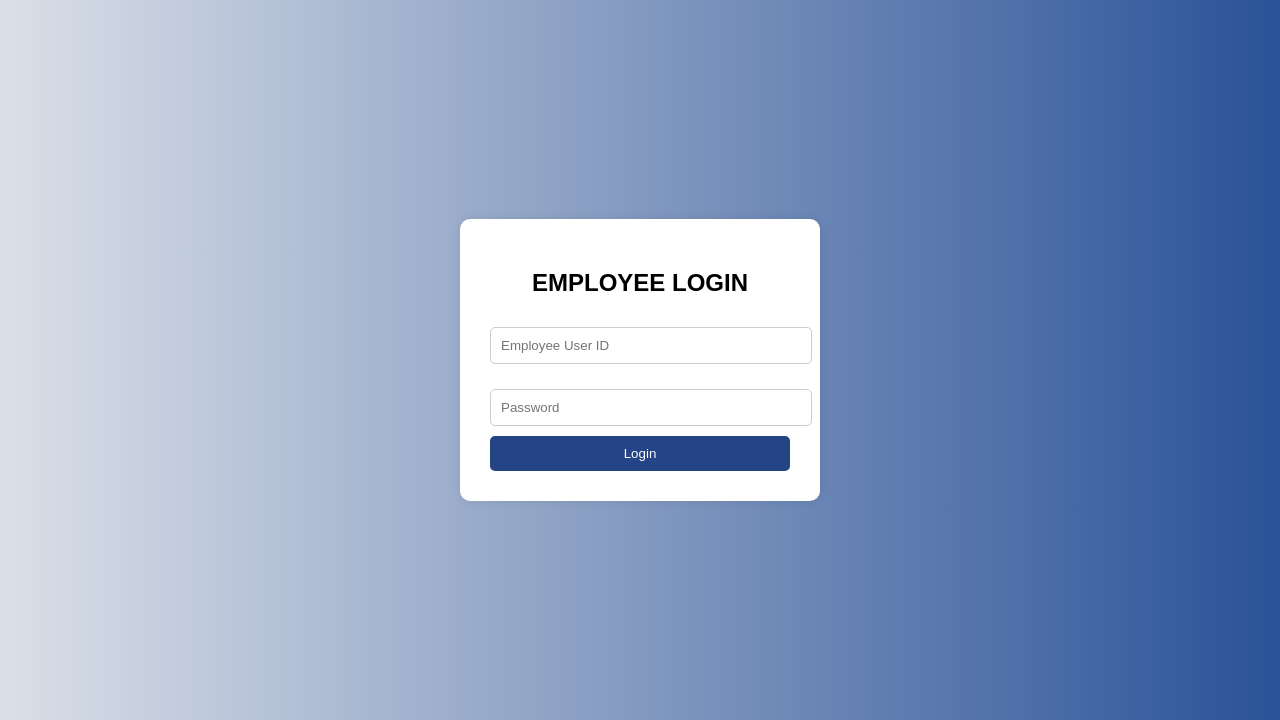
Repository: siva-shankar-2004/EmployeeManagementSystem
Page: src/main/resources/static/login.html
An editor plug-in stored every save of this project. The page is shown before and after the next save, followed by the edit.
The browser window is 1280 px wide. The pictures show the whole page.

Above is the page before, as saved 2025-04-04 21:52:43.

### src/main/resources/static/login.html
<!DOCTYPE html>
<html lang="en">
<head>
  <meta charset="UTF-8" />
  <meta name="viewport" content="width=device-width, initial-scale=1.0"/>
  <title>Employee Login</title>
  <style>
    body {
      font-family: Arial, sans-serif;
      margin: 0;
      padding: 0;
      background: linear-gradient(to right, #dbe0e8, #2a5298);
      color: white;
      display: flex;
      justify-content: center;
      align-items: center;
      height: 100vh;
    }
    .login-container {
      background: white;
      color: black;
      padding: 30px;
      border-radius: 10px;
      text-align: center;
      width: 300px;
      box-shadow: 0px 0px 10px rgba(0, 0, 0, 0.1);
    }
    .login-container h2 {
      margin-bottom: 20px;
    }
    .login-container input {
      width: 100%;
      padding: 10px;
      margin: 10px 0;
      border: 1px solid #ccc;
      border-radius: 5px;
    }
    .error-message {
      color: red;
      font-size: 14px;
      margin-top: -5px;
      margin-bottom: 10px;
      text-align: left;
    }
    .login-container button {
      width: 100%;
      padding: 10px;
      background: #244485;
      color: white;
      border: none;
      border-radius: 5px;
      cursor: pointer;
    }
    .login-container button:hover {
      background: #1b3365;
    }
  </style>
</head>
<body>
  <div class="login-container">
    <h2>EMPLOYEE LOGIN</h2>
    <input type="text" id="username" placeholder="Employee User ID" required>
    <div id="error-message" class="error-message"></div> <!-- Error shown here -->
    <input type="password" id="password" placeholder="Password" required>
    <button type="button" onclick="login()">Login</button>
  </div>

  <script>
    function login() {
      const username = document.getElementById("username").value;
      const password = document.getElementById("password").value;
      const errorDiv = document.getElementById("error-message");

      // Clear any previous error message
      errorDiv.textContent = "";

      fetch("http://localhost:8080/employees/login", {
        method: "POST",
        headers: { "Content-Type": "application/x-www-form-urlencoded" },
        body: `email=${encodeURIComponent(username)}&password=${encodeURIComponent(password)}`
      })
      .then(response => {
        if (response.ok) {
          window.location.href = "choice.html";
        } else {
          errorDiv.textContent = "Invalid username or password.";
        }
      })
      .catch(error => {
        console.error("Error:", error);
        errorDiv.textContent = "An error occurred. Please try again.";
      });
    }
  </script>
</body>
</html>

After the next save:
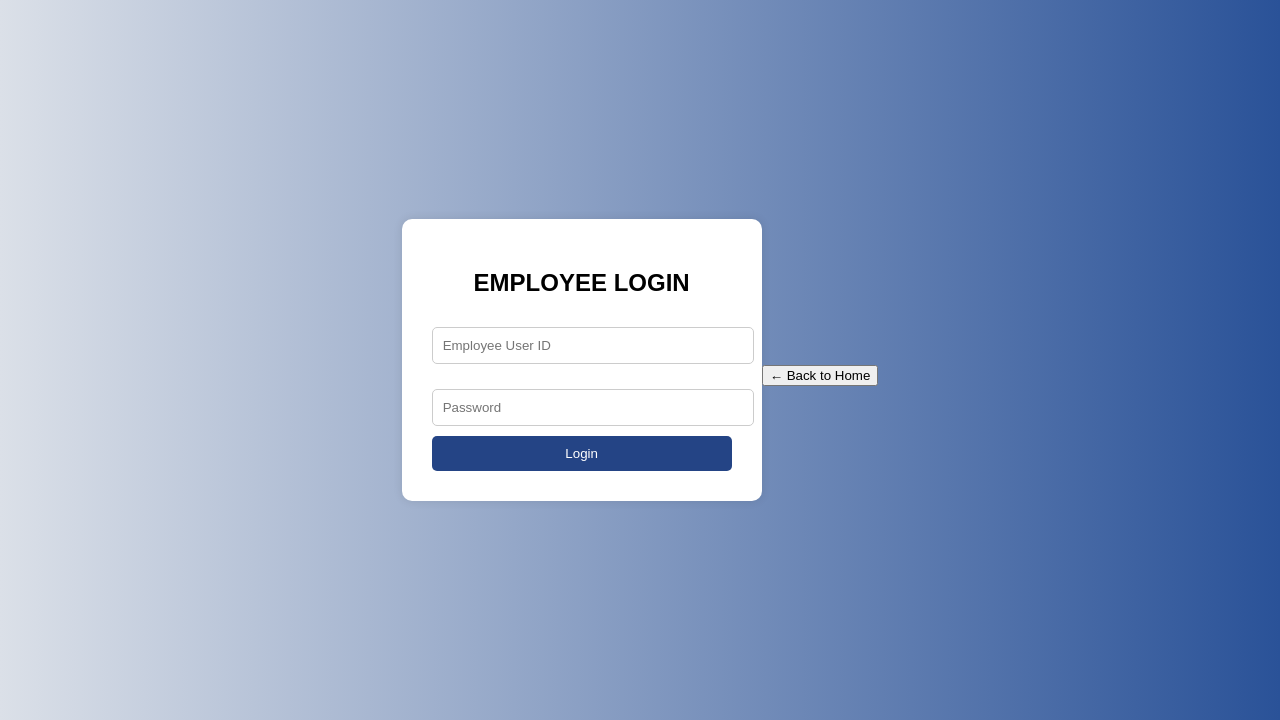
Saved 53 s later.
--- a/src/main/resources/static/login.html
+++ b/src/main/resources/static/login.html
@@ -64,7 +64,10 @@
     <input type="password" id="password" placeholder="Password" required>
     <button type="button" onclick="login()">Login</button>
   </div>
-
+  <!-- Back to Home button -->
+  <div style="margin-top: 30px;">
+    <button class="back-home-btn" onclick="location.href='index.html'">← Back to Home</button>
+</div>
   <script>
     function login() {
       const username = document.getElementById("username").value;
